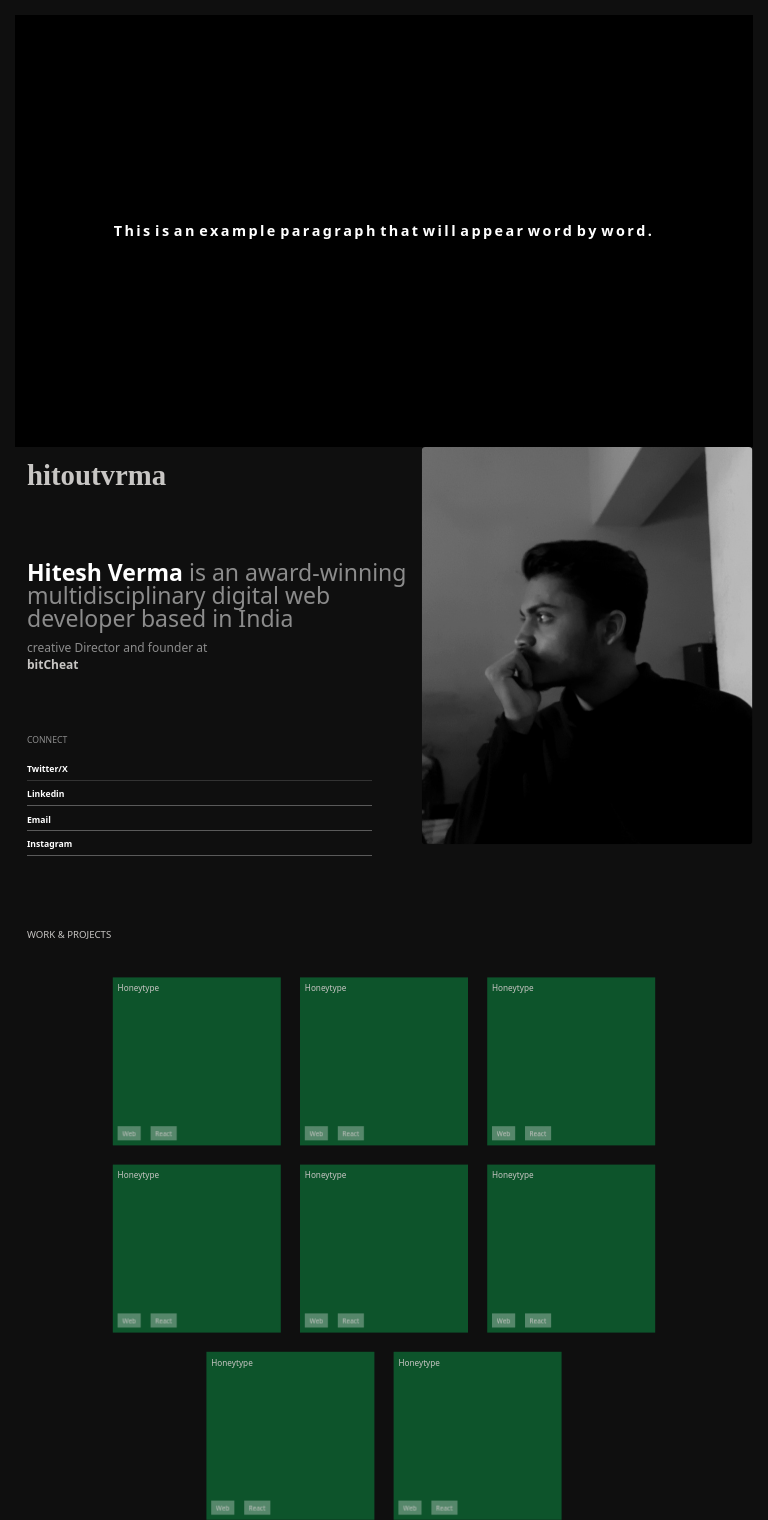
Repository: hitoutvrma/portfolio
Page: /
An editor plug-in stored every save of this project. The page is shown before and after the next save, followed by the edit.
The browser window is 1280 px wide. The pictures show the whole page, at 60% of full size.
The project was rebuilt for these pictures with package versions that can differ from the ones it lists, and the page was loaded fresh each time. Also part of the build but not shown: vite.config.js.

Above is the page before, as saved 2025-03-08 11:07:20.

After the next save:
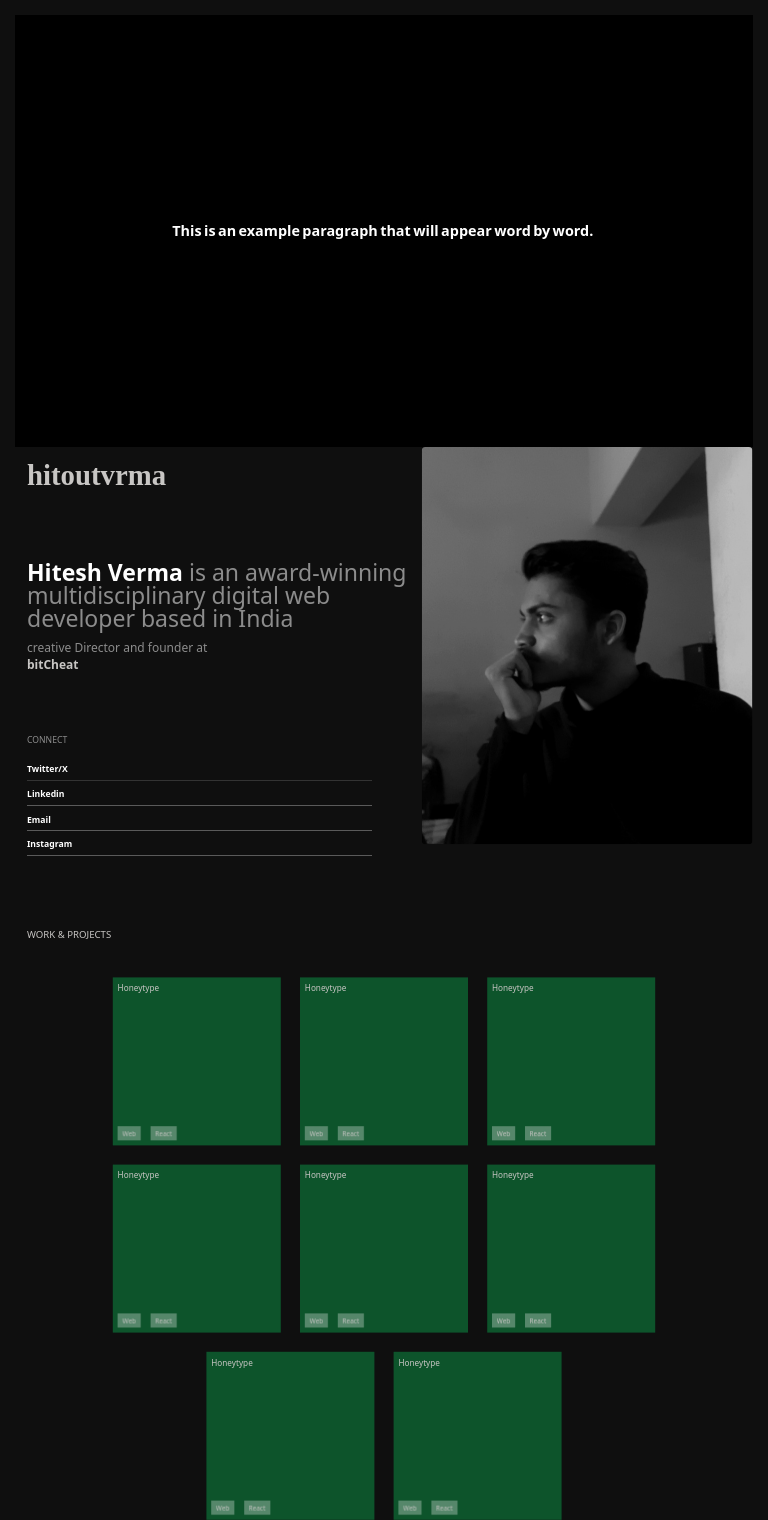
Saved 51 s later.
--- a/src/Components/AnimatedParagraph.jsx
+++ b/src/Components/AnimatedParagraph.jsx
@@ -2,10 +2,10 @@ import { motion } from "framer-motion";
 
 export default function AnimatedParagraph() {
   const text = "This is an example paragraph that will appear word by word.";
-  const words = text.split("");
+  const words = text.split(" "); // Splitting into words
 
   return (
-    <div className="flex justify-center items-center h-screen bg-black text-white">
+    <div className="flex justify-center items-center h-screen bg-black text-white p-10">
       <motion.p
         className="text-2xl font-semibold"
         initial="hidden"
@@ -13,19 +13,19 @@ export default function AnimatedParagraph() {
         variants={{
           hidden: {},
           visible: {
-            transition: { staggerChildren: 0.03 } // Delays each word appearing
+            transition: { staggerChildren: 0.1 } // Delays each word slightly
           }
         }}
       >
         {words.map((word, index) => (
           <motion.span
             key={index}
-            className="mr-1 inline-block" // Fixing inline-block placement
+            className="mr-1 inline-block"
             variants={{
-              hidden: { opacity: 0, y: 5 }, // Moves from below
+              hidden: { opacity: 0.5, y: 8 }, // Starts with slight opacity
               visible: { opacity: 1, y: 0 }
             }}
-            transition={{ duration: 0.5 }}
+            transition={{ duration: 0.4, delay: index * 0.05 }} // Some words appear slightly ahead
           >
             {word}
           </motion.span>
